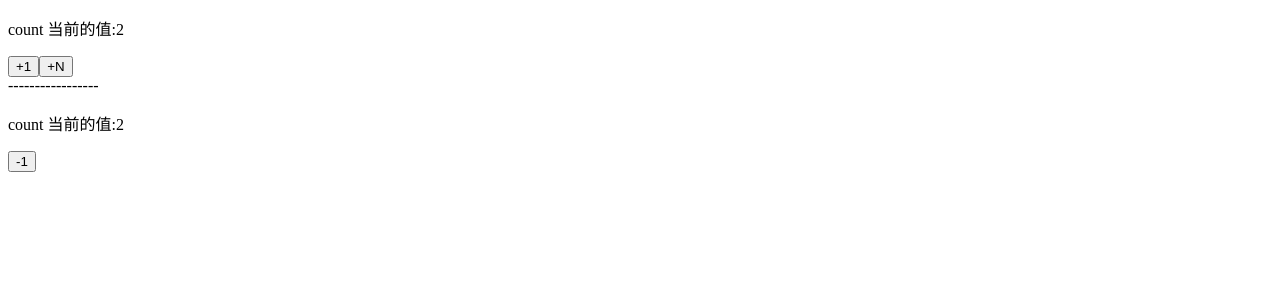
Repository: minika1020/miniprogram
Page: / (app in Desktop/vuex/vuex_demo/)
An editor plug-in stored every save of this project. The page is shown before and after the next save, followed by the edit.
The browser window is 1280 px wide. The pictures show the whole page.
The project was rebuilt for these pictures with package versions that can differ from the ones it lists, and the page was loaded fresh each time.

Above is the page before, as saved 2021-03-18 12:32:48.

After the next save:
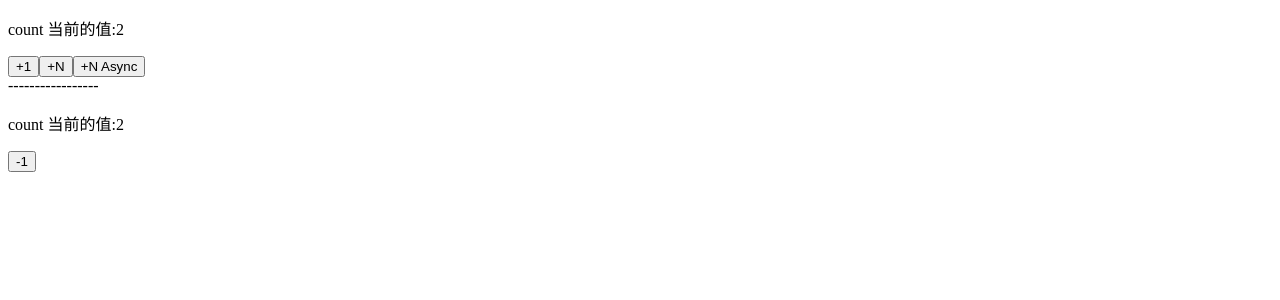
Saved 79 s later.
--- a/Desktop/vuex/vuex_demo/src/components/add.vue
+++ b/Desktop/vuex/vuex_demo/src/components/add.vue
@@ -5,6 +5,7 @@
 
     <button @click="btnhandle1">+1</button>
     <button @click="btnhandle2">+N</button>
+    <button @click="btnhandle3">+N Async</button>
   </div>
 </template>
 <script>
@@ -22,6 +23,10 @@ export default {
     btnhandle2() {
       //   this.$store.commit('addN', 5)
       this.addN(3)
+    },
+    btnhandle3() {
+      //   this.$store.commit('addN', 5)
+      this.$store.dispatch('addAsync', 5)
     }
   },
   computed: {
